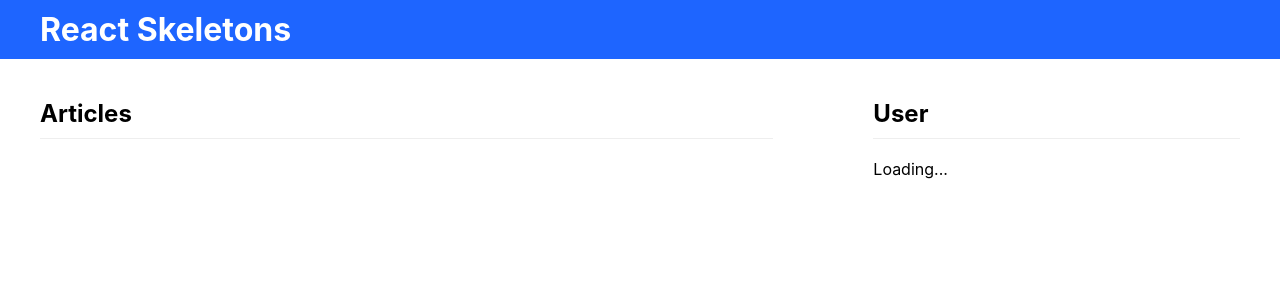
Repository: hwangstar156/React-skeleton-image
Page: /
An editor plug-in stored every save of this project. The page is shown before and after the next save, followed by the edit.
The browser window is 1280 px wide. The pictures show the whole page.
The page's requests for data from a server got no answer. The project was rebuilt for these pictures with package versions that can differ from the ones it lists, and the page was loaded fresh each time. No one was signed in, and anything a server would have sent is missing.

Above is the page before, as saved 2021-10-02 00:44:28.

### src/index.css
body {
  margin: 0;
  font-family: -apple-system, BlinkMacSystemFont, 'Segoe UI', 'Roboto', 'Oxygen',
    'Ubuntu', 'Cantarell', 'Fira Sans', 'Droid Sans', 'Helvetica Neue',
    sans-serif;
  -webkit-font-smoothing: antialiased;
  -moz-osx-font-smoothing: grayscale;
}

code {
  font-family: source-code-pro, Menlo, Monaco, Consolas, 'Courier New',
    monospace;
}

header {
  background : #1e65ff;
  padding : 10px;
}

header h1 {
  color : white;
  max-width: 1200px;
  margin : 0 auto;
}

h2 {
  padding-bottom : 10px;
  border-bottom: 1px solid #eee;
}

.content {
  width : 100%;
  max-width: 1200px;
  margin: 0 auto;
  padding : 20px;
  display: grid;
  grid-template-columns: 2fr 1fr;
  gap : 100px;
}

### src/App.js
import React from "react";

import Articles from "./component/Article";
import User from "./component/User";
function App() {
  return (
    <div className="App">
      <header>
        <h1>React Skeletons</h1>
      </header>
      <div className="content">
        <Articles />
        <User />
      </div>
    </div>
  );
}

export default App;

### src/component/Article.js
import React from "react";

const Articles = () => {
  return (
    <div className="articles">
      <h2>Articles</h2>
    </div>
  );
};

export default Articles;

### src/component/User.js
import React, { useState, useEffect } from "react";

const User = () => {
  const [profile, setProfile] = useState(null);

  useEffect(() => {
    setTimeout(async () => {
      const res = await fetch("https://jsonplaceholder.typicode.com/users");
      const data = await res.json();
      setProfile(data);
    }, 5000);
  }, []);
  return (
    <div className="user">
      <h2>User</h2>
      {profile &&
        profile.map((userInfo) => (
          <div className="profile" key={userInfo.id}>
            <h3>{userInfo.username}</h3>
            <p>{userInfo.email}</p>
            <a href={userInfo.website}>{userInfo.website}</a>
          </div>
        ))}

      {!profile && <div>Loading...</div>}
    </div>
  );
};

export default User;

Loaded but not shown: public/index.html (common file); src/index.js (common file)

After the next save:
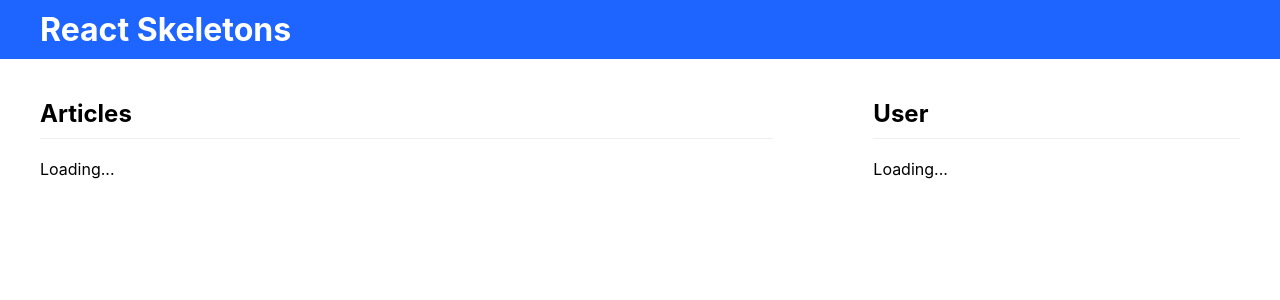
Saved 2 min 17 s later.
--- a/src/component/Article.js
+++ b/src/component/Article.js
@@ -1,9 +1,19 @@
-import React from "react";
+import React, { useEffect, useState } from "react";
 
 const Articles = () => {
+  const [articles, setArticles] = useState(null);
+
+  useEffect(() => {
+    setTimeout(async () => {
+      const res = await fetch("https://jsonplaceholder.typicode.com/posts");
+      const data = await res.json();
+      setArticles(data);
+    }, 5000);
+  }, []);
   return (
     <div className="articles">
       <h2>Articles</h2>
+      {!articles && <div>Loading...</div>}
     </div>
   );
 };
